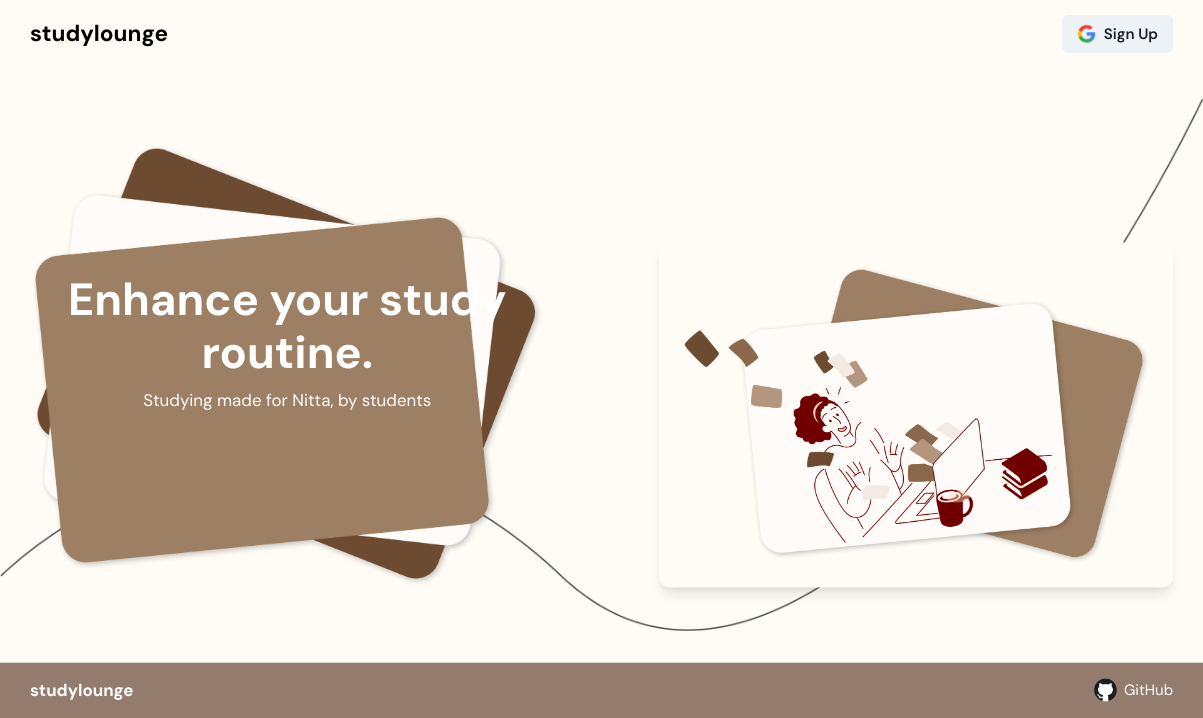
Repository: greg-chang/flashcard-website
Page: / (app in frontend/)
An editor plug-in stored every save of this project. The page is shown before and after the next save, followed by the edit.
The browser window is 1280 px wide. The pictures show the whole page, at 94% of full size.
The page's requests for data from a server got no answer. The project was rebuilt for these pictures with package versions that can differ from the ones it lists, and the page was loaded fresh each time. Some packages were replaced by stand-ins written for this rebuild. The framework's server and built-in components were replaced by stand-ins that run in the browser. No one was signed in, and anything a server would have sent is missing. Also part of the build but not shown: frontend/next.config.ts, frontend/src/components/Dashboard.tsx.

Above is the page before, as saved 2025-06-08 14:49:47.

### frontend/src/app/layout.tsx
import type { Metadata } from "next";
import { Geist, Geist_Mono } from "next/font/google";
import { DM_Sans } from 'next/font/google';
import { ClerkProvider } from '@clerk/nextjs';
import { ChakraProvider, extendTheme } from '@chakra-ui/react';
import "./globals.css";
import Navbar from "../components/ui/navbar";
import theme from './theme';

const geistSans = Geist({
  variable: "--font-geist-sans",
  subsets: ["latin"],
});

const geistMono = Geist_Mono({
  variable: "--font-geist-mono",
  subsets: ["latin"],
});

const dmSans = DM_Sans({
  variable: '--font-dm-sans',
  subsets: ['latin'],
});

export const metadata: Metadata = {
  title: "Flashcard Website",
  description: "ECS 162 - Web Programming Final Project",
};

export default function RootLayout({
  children,
}: Readonly<{
  children: React.ReactNode;
}>) {
  return (
    <ClerkProvider>
      <ChakraProvider theme={theme}>
        <html lang="en">
          <body
            className={`${geistSans.variable} ${geistMono.variable} ${dmSans.variable} antialiased`}
          >
            {children}
          </body>
        </html>
      </ChakraProvider>
    </ClerkProvider>
  );
}

### frontend/src/app/page.tsx
'use client';
import Homepage from '@/components/Homepage';
import UserInterface from '@/components/UserInterface';
import Dashboard from '@/components/Dashboard';
import { useUser } from '@clerk/nextjs';
// import UserInterface from '@/components/UserInterface';

export default function Home() {
  const { isSignedIn, isLoaded } = useUser();
  if (!isLoaded) {
    return <div>Loading...</div>;
  }
  return (
    <main className="min-h-screen bg-gray-100">
      {isSignedIn ? <Dashboard /> : <Homepage />}
    </main>
  );
}

### frontend/src/app/globals.css
@import "tailwindcss";

:root {
  --background: var(--color-sand);
  --foreground: var(--color-walnut);
}

@theme {
  /* Light */
  --color-sand: #F0EAE2 ;
  /* Medium */
  --color-coffee: #937156 ;
  /* Medium Text */
  --color-walnut: #8F6E4F ;
  /* VERY DARK */
  --color-expresso: #341D09 ;
  /* DESATURATED MEDIUM */
  --color-mocha: #604E3C ;
}

@theme inline {
  --color-background: var(--background);
  --color-foreground: var(--foreground);
  --font-sans: var(--font-geist-sans);
  --font-mono: var(--font-geist-mono);
}
/*
@john found out that this is what caused the white text of white background
@media (prefers-color-scheme: dark) {
  :root {
    --background: #0a0a0a;
    --foreground: #ededed;
  }
} */

body {
  background: var(--background);
  color: var(--foreground);
  font-family: Arial, Helvetica, sans-serif;
}

### frontend/src/app/theme.tsx
'use client';
import { extendTheme } from '@chakra-ui/react';

const theme = extendTheme({
    //not actually used
  colors: {
    brand: {
      50: '#ffe4ed',
    },
  },
  fonts: {
    heading: 'var(--font-geist-sans), sans-serif',
    body: 'var(--font-geist-sans), sans-serif',
  },
  styles: {
    global: {
      body: {
        bg: 'pink.100',
        color: 'black',
      },
    },
  },
});

export default theme;

### frontend/src/components/Homepage.tsx
'use client';
import {
  Box,
  Button,
  Center,
  Heading,
  Stack,
  Text,
  VStack,
  HStack,
  SimpleGrid,
  Flex,
} from '@chakra-ui/react';
import { SignInButton, SignUpButton } from '@clerk/nextjs';
import Header from './Header';
import Image from 'next/image';

// assets
import Illustration from '@/assets/Illustration.png';
import GroupedCards from '@/assets/Grouped Cards.png';
import StyleLine from '@/assets/Style Line.png';
import GithubLogo from '@/assets/Github Logo.png';
// import GoogleLogo from '@/assets/Google Logo.png';

export default function Homepage() {
  return (
    <Flex minH="100vh" direction="column" bg="#FFFBF5" color="black" fontFamily="var(--font-dm-sans)">
      {/* Header */}
      <Header />

      {/* Main Content Area */}
      <Flex
        direction={{ base: 'column', md: 'row' }}
        align="stretch"
        justify="space-between"
        py={{ base: 10, md: 20 }}
        px={{ base: 4, md: 8 }}
        flex="1"
        position="relative"
        overflow="hidden"
      >
        {/* Background Wave */}
        <Box
          position="absolute"
          top="0"
          left="0"
          width="100%"
          height="100%"
          backgroundImage={`url(${StyleLine.src})`}
          backgroundSize="contain"
          backgroundRepeat="no-repeat"
          backgroundPosition="center"
          zIndex="0"
          opacity="1"
        />

        {/* Left Section: Grouped Cards Image */}
        <Box
          position="relative"
          flex="1"
          minW={{ base: 'full', md: '45%' }}
          maxW={{ base: 'full', md: '45%' }}
          display="flex"
          justifyContent="flex-start"
          alignItems="flex-start"
          alignSelf="flex-start"
          zIndex="1"
        >
          <Image
            src={GroupedCards}
            alt="Grouped Study Cards"
            width={550}
            height={400}
            layout="responsive"
            objectFit="contain"
            priority
          />
          {/* Text Overlay on Grouped Cards */}
          <Box
            position="absolute"
            color="white"
            textAlign="center"
            top="45%"
            left="50%"
            transform="translate(-50%, -50%)"
            width="100%"
          >
            <Heading fontSize={{ base: '3xl', md: '4xl', lg: '5xl' }} mb={2}>
              Enhance your study routine.
            </Heading>
            <Text fontSize={{ base: 'md', md: 'lg' }}>
              Studying made for Nitta, by students
            </Text>
          </Box>
        </Box>

        {/* Right Section: Illustration Image Card */}
        <Box
          flex="1"
          minW={{ base: 'full', md: '45%' }}
          maxW={{ base: 'full', md: '45%' }}
          display="flex"
          justifyContent="flex-end"
          alignItems="flex-end"
          alignSelf="flex-end"
          position="relative"
          zIndex="1"
        >
          <Box
            bg="#FFFBF5"
            p={6}
            borderRadius="xl"
            boxShadow="lg"
            position="relative"
            zIndex="1"
            display="inline-block"
          >
            <Image
              src={Illustration}
              alt="Study Lounge Illustration"
              width={600}
              height={450}
              layout="responsive"
              objectFit="contain"
              priority
            />
          </Box>
          {/* Small brown card elements (re-evaluate positions based on new layout) */}
          <Box
            position="absolute"
            bg="#937C6D"
            width="60px"
            height="40px"
            borderRadius="md"
            top="5%"
            right="10%"
            transform="rotate(15deg)"
            zIndex="0"
            display={{ base: 'none', md: 'block' }}
          />
          <Box
            position="absolute"
            bg="#937C6D"
            width="40px"
            height="30px"
            borderRadius="md"
            bottom="15%"
            left="20%"
            transform="rotate(-20deg)"
            zIndex="0"
            display={{ base: 'none', md: 'block' }}
          />
          <Box
            position="absolute"
            bg="#937C6D"
            width="50px"
            height="35px"
            borderRadius="md"
            bottom="5%"
            right="5%"
            transform="rotate(5deg)"
            zIndex="0"
            display={{ base: 'none', md: 'block' }}
          />
        </Box>
      </Flex>

      {/* Footer */}
      <Flex
        as="footer"
        bg="#937C6D"
        color="white"
        py={4}
        px={8}
        justify="space-between"
        align="center"
        mt="auto"
        fontFamily="var(--font-dm-sans)"
        zIndex="1"
        position="relative"
      >
        <Text fontSize="lg" fontWeight="bold">studylounge</Text>
        <HStack spacing={2}>
          <Image
            src={GithubLogo}
            alt="GitHub Logo"
            width={24}
            height={24}
            objectFit="contain"
          />
          <Text>GitHub</Text>
        </HStack>
      </Flex>
    </Flex>
  );
}

### frontend/src/components/Header.tsx
'use client';
import {
  Box,
  Flex,
  Heading,
  Spacer,
  Button,
  HStack,
  Text,
} from '@chakra-ui/react';
import { SignInButton, SignUpButton, UserButton, useUser } from '@clerk/nextjs';
import Image from 'next/image';
import GoogleLogo from '@/assets/Google Logo.png';

export default function Header() {
  const { isSignedIn, isLoaded } = useUser();

  return (
    <Box
      as="header"
      position="sticky"
      top={0}
      zIndex={10}
      bg="transparent"
      px={8}
      py={4}
      shadow="none"
    >
      <Flex align="center">
        {/* Logo */}
        <Text fontSize="2xl" fontWeight="bold" color="black">studylounge</Text>

        <Spacer />

        {/* Right side: Auth buttons or Avatar */}
        {isLoaded && (
          <HStack spacing={4}>
            {isSignedIn ? (
              <UserButton afterSignOutUrl="/" />
            ) : (
              <>
                <SignUpButton mode="modal">
                  <Button size="md" bg="gray.100" _hover={{ bg: 'gray.200' }} borderRadius="md">
                    <HStack spacing={2}>
                      <Image
                        src={GoogleLogo}
                        alt="Google Logo"
                        width={20}
                        height={20}
                        objectFit="contain"
                      />
                      <Text>Sign Up</Text>
                    </HStack>
                  </Button>
                </SignUpButton>
              </>
            )}
          </HStack>
        )}
      </Flex>
    </Box>
  );
}

After the next save:
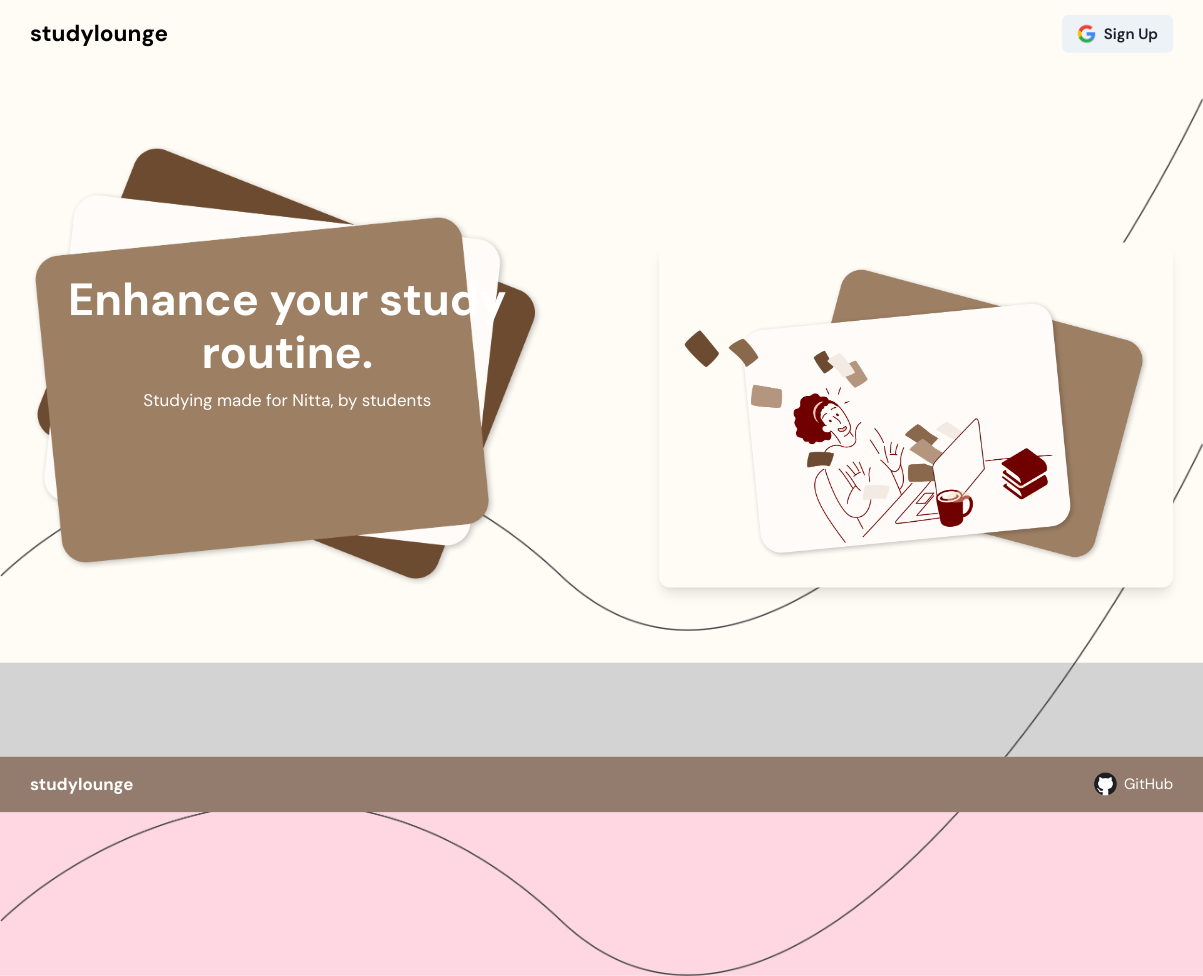
Saved 50 s later.
--- a/frontend/src/components/Homepage.tsx
+++ b/frontend/src/components/Homepage.tsx
@@ -165,6 +165,27 @@ export default function Homepage() {
         </Box>
       </Flex>
 
+      {/* Style Line as a separate element */}
+      <Box
+        width="100%"
+        height="100px" // Adjust height as needed
+        display="flex"
+        justifyContent="center"
+        alignItems="center"
+        py={4} // Add some vertical padding
+        bg="lightgray" // Temporary background for visibility test
+      >
+        <Image
+          src={StyleLine}
+          alt="Style Line Decorative Element"
+          width={1200} // Set a large width to ensure it scales responsively
+          height={100} // Aspect ratio for responsive image
+          layout="responsive"
+          objectFit="contain"
+          opacity="1" // Ensure full visibility
+        />
+      </Box>
+
       {/* Footer */}
       <Flex
         as="footer"
